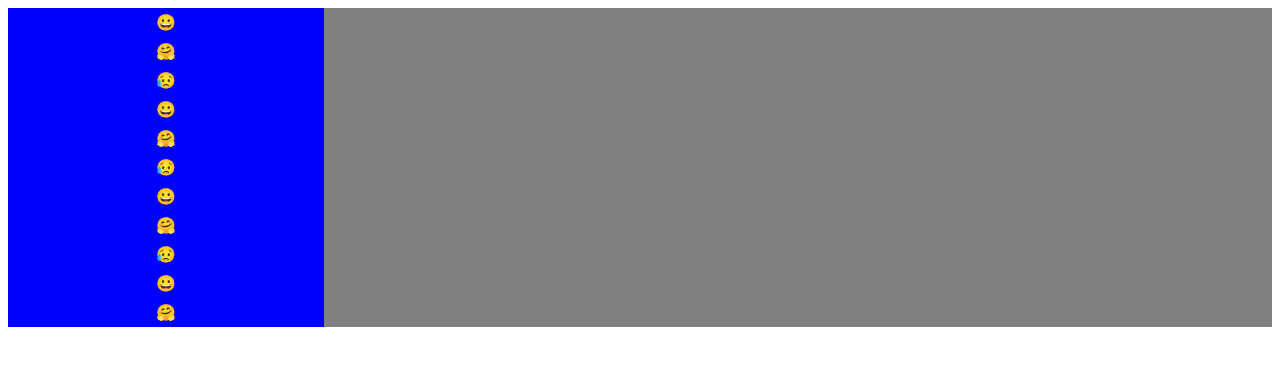
Repository: Sarah7223/internet-programming-tp
Page: TP1/ex4.html
The author's editor kept a copy of each file at every save. The page is drawn from the files as they stood at one save, then again after the next save.
The browser window is 1280 px wide. The pictures show the whole page.

Above is the page before, as saved 2022-12-23 15:03:36.

### TP1/ex4.html
<html>
    <head>
        <style>
            .row-wrapper{
                width: 100%;
                background-color: grey;
                display: flex;
                flex-direction: column;
                align-content:space-between ;
                align-items: stretch;
                flex-wrap: wrap;
                background-color: grey;
            }
            .column-wrapper{
                width: 25%;
                height: 100%;
                align-content:space-between ;
            }
            .box{
                background-color: blue;
                padding: 5px;

                text-align: center;
            }
        </style>
    </head>
    <body>
        <div class="row-wrapper">
            <div class="column-wrapper">
                <div class="box">&#x1F600;</div>
                <div class="box">&#x1F917;</div>
                <div class="box">&#x1F625;</div>
            </div>

            <div class="column-wrapper">
                <div class="box">&#x1F600;</div>
                <div class="box">&#x1F917;</div>
                <div class="box">&#x1F625;</div>
            </div>
            <div class="column-wrapper">
                <div class="box">&#x1F600;</div>
                <div class="box">&#x1F917;</div>
                <div class="box">&#x1F625;</div>
            </div>
            <div class="column-wrapper">
                <div class="box">&#x1F600;</div>
                <div class="box">&#x1F917;</div>
            </div>
        </div>
    </body>
</html>

After the next save:
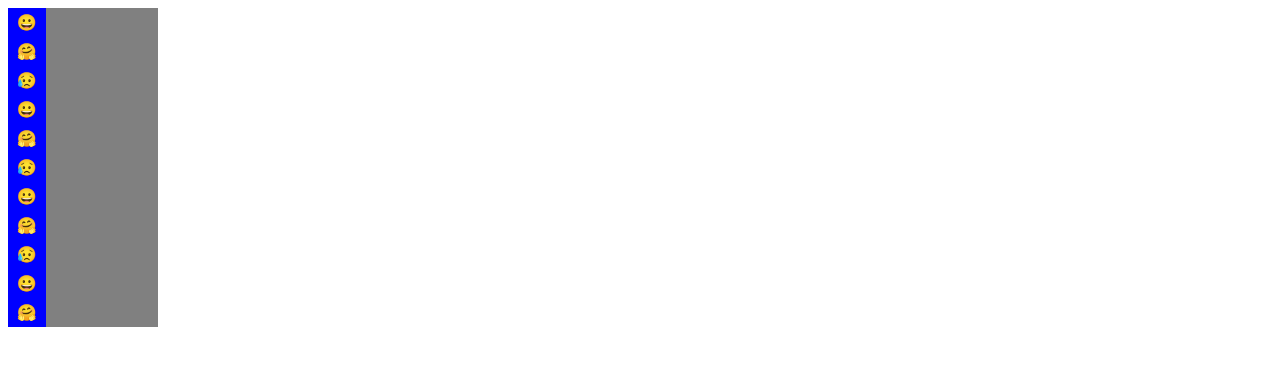
Saved 20 s later.
--- a/TP1/ex4.html
+++ b/TP1/ex4.html
@@ -2,7 +2,7 @@
     <head>
         <style>
             .row-wrapper{
-                width: 100%;
+                width: 150px;
                 background-color: grey;
                 display: flex;
                 flex-direction: column;

After the save that followed:
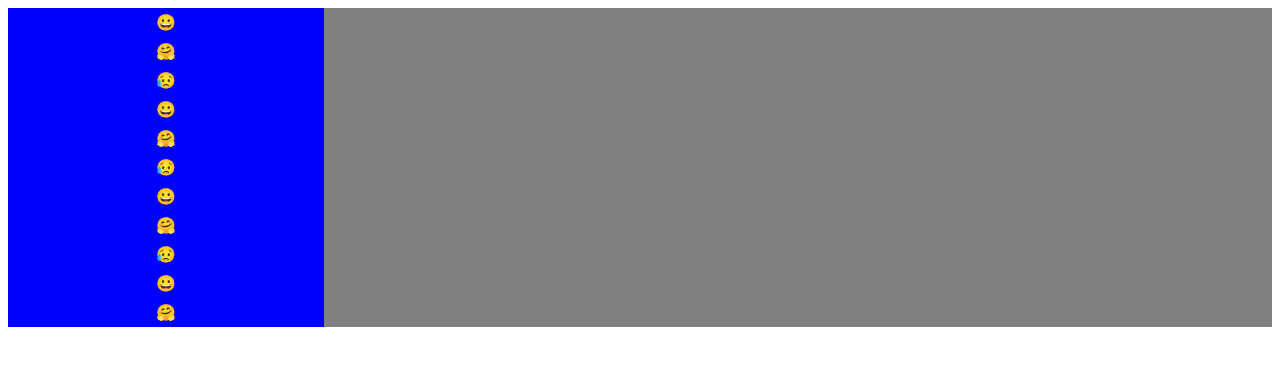
Saved 6 s later.
--- a/TP1/ex4.html
+++ b/TP1/ex4.html
@@ -2,7 +2,7 @@
     <head>
         <style>
             .row-wrapper{
-                width: 150px;
+                width: 100%;
                 background-color: grey;
                 display: flex;
                 flex-direction: column;
